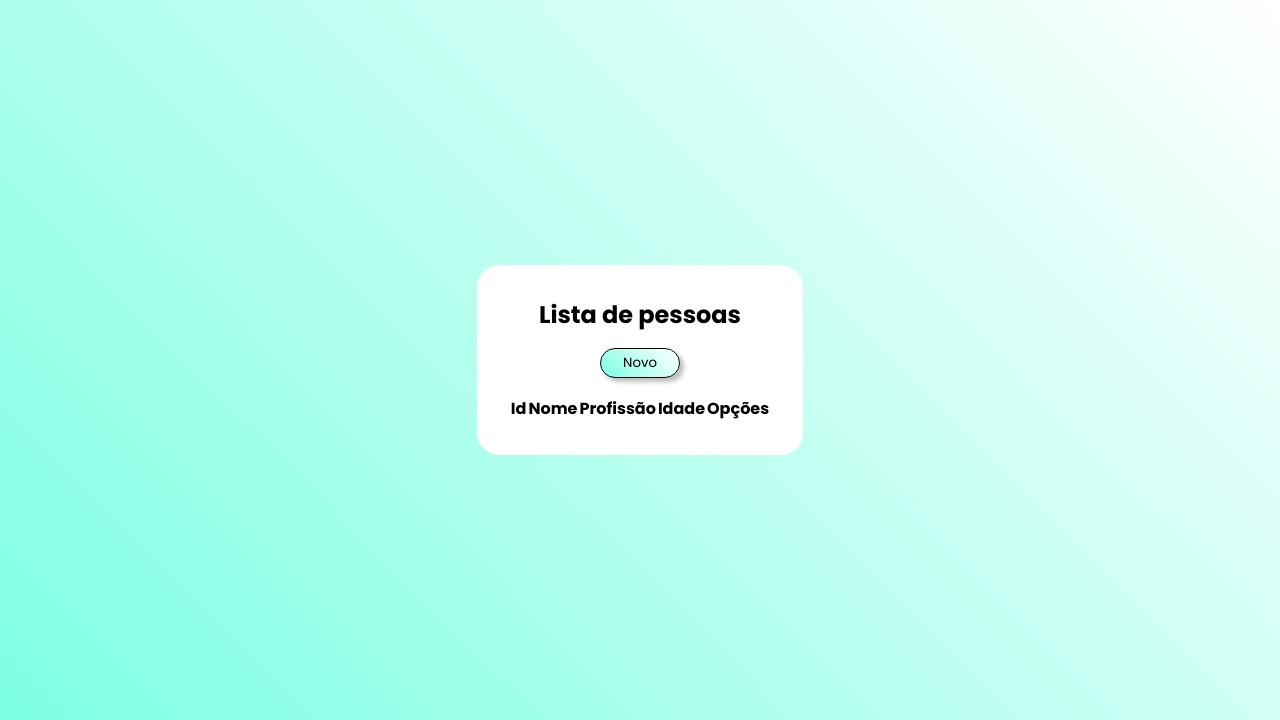
Repository: alef-torres/TesteUnicontrol
Page: http://localhost/desafioUnicontrol/main
These files come from the project's save history. The page is drawn as it stood at one moment and after the next save; the edit follows.
The browser window is 1280 px wide. The pictures show the whole page.
The page is served by Tomcat 9. Other server files are loaded and not shown. Queries for data that is not in the repository find no rows.

Above is the page before, as saved 2024-02-10 23:00:39.

### DesafioUnicontrol/desafioUnicontrol/src/main/webapp/pesquisa.jsp
<%@ page language="java" contentType="text/html; charset=utf-8"
	pageEncoding="utf-8"%>
<%@ page import="model.JavaBeans"%>
<%@ page import="java.util.ArrayList"%>



<%
ArrayList<JavaBeans> lista = (ArrayList<JavaBeans>) request.getAttribute("pessoas");
%>


<!DOCTYPE html>
<html lang="pt-br">

<head>
<meta charset="UTF-8">
<title>Pessoas</title>
<link rel="stylesheet" href="estilo/pesquisa.css">
</head>

<body>
	<section>
		<div>
			<h1>Lista de pessoas</h1>
			<a href="index.html"><button>Novo</button></a>



			<table>
				<thead>
					<tr>
						<th>Id</th>
						<th>Nome</th>
						<th>Profissão</th>
						<th>Idade</th>
						<th>Opções</th>
					</tr>
				</thead>

				<tbody>
					<%
					for (int i = 0; i < lista.size(); i++) {
					%>
					<tr>
						<td><%=lista.get(i).getIdcon()%></td>
						<td><%=lista.get(i).getNome()%></td>
						<td><%=lista.get(i).getProfissao()%></td>
						<td><%=lista.get(i).getIdade()%></td>
						<td><a href="select?idcon=<%=lista.get(i).getIdcon()%>>">Editar</a>
							<a href="javascript: confirmar(<%=lista.get(i).getIdcon()%>)">Excluir</a>
						</td>

					</tr>
					<%
					}
					%>
				</tbody>
			</table>
		</div>
	</section>



	<script src="scripts/confirmador.js"></script>
</body>

</html>

### DesafioUnicontrol/desafioUnicontrol/src/main/java/controler/Controler.java
package controler;

import java.io.IOException;
import java.util.ArrayList;

import javax.servlet.RequestDispatcher;
import javax.servlet.ServletException;
import javax.servlet.annotation.WebServlet;
import javax.servlet.http.HttpServlet;
import javax.servlet.http.HttpServletRequest;
import javax.servlet.http.HttpServletResponse;

import model.DAO;
import model.JavaBeans;

@WebServlet(urlPatterns = { "/Controller", "/main", "/insert", "/select", "/update", "/delete" })
public class Controler extends HttpServlet {
	private static final long serialVersionUID = 1L;
	DAO dao = new DAO();
	JavaBeans pessoa = new JavaBeans();

	public Controler() {
		super();

	}

	protected void doGet(HttpServletRequest request, HttpServletResponse response)
			throws ServletException, IOException {

		String action = request.getServletPath();
		System.out.println(action);
		if (action.equals("/main")) {
			pesquisa(request, response);
		} else if (action.equals("/insert")) {
			novaPessoa(request, response);
		} else if (action.equals("/select")) {
			listarPessoas(request, response);
		} else if (action.equals("/update")) {
			editarPessoa(request, response);
		} else if (action.equals("/delete")) {
			deletarPessoa(request, response);
		} else {
			response.sendRedirect("index.html");
		}

	}

	protected void pesquisa(HttpServletRequest request, HttpServletResponse response)
			throws ServletException, IOException {

		ArrayList<JavaBeans> listaDePessoas = dao.listarPessoas();

		request.setAttribute("pessoas", listaDePessoas);
		RequestDispatcher rd = request.getRequestDispatcher("pesquisa.jsp");
		rd.forward(request, response);
	}

	protected void novaPessoa(HttpServletRequest request, HttpServletResponse response)
			throws ServletException, IOException {

		// enviando para as variaveis JavaBeans

		pessoa.setNome(request.getParameter("name"));
		pessoa.setProfissao(request.getParameter("profissao"));
		pessoa.setIdade(request.getParameter("idade"));

		// invocar o metodo insertPessoa passando o objeto pessoa

		dao.insertPessoas(pessoa);

		// retornando para a pagina index
		response.sendRedirect("index.html");
	}

	protected void listarPessoas(HttpServletRequest request, HttpServletResponse response)
			throws ServletException, IOException {
		String idcon = request.getParameter("idcon");

		pessoa.setIdcon(idcon);

		dao.selecionarPessoa(pessoa);

		request.setAttribute("idcon", pessoa.getIdcon());
		request.setAttribute("nome", pessoa.getNome());
		request.setAttribute("profissao", pessoa.getProfissao());
		request.setAttribute("idade", pessoa.getIdade());

		RequestDispatcher rd = request.getRequestDispatcher("editar.jsp");
		rd.forward(request, response);

	}

	protected void editarPessoa(HttpServletRequest request, HttpServletResponse response)
			throws ServletException, IOException {

		pessoa.setIdcon(request.getParameter("idcon"));
		pessoa.setNome(request.getParameter("nome"));
		pessoa.setProfissao(request.getParameter("profissao"));
		pessoa.setIdade(request.getParameter("idade"));

		dao.alterarContanto(pessoa);

		response.sendRedirect("main");

	}

	protected void deletarPessoa(HttpServletRequest request, HttpServletResponse response)
			throws ServletException, IOException {
		String idcon = request.getParameter("idcon");
		System.out.println(idcon);

		pessoa.setIdcon(idcon);

		dao.deleterPessoas(pessoa);

		response.sendRedirect("main");

	}

}

### DesafioUnicontrol/desafioUnicontrol/src/main/webapp/estilo/pesquisa.css
@charset "UTF-8";

@import url('https://fonts.googleapis.com/css2?family=Poppins:wght@100;300;400;500;600;700&display=swap');

* {
    margin: 0;
    padding: 0;
    font-family: 'Poppins';
    text-decoration: none;
}

body {
    width: 100%;
    height: 100vh;
    background: linear-gradient(45deg, #7DFFE3, #fff);
}

section {
    display: flex;
    height: 100%;
    flex-direction: column;
    justify-content: space-around;
    align-items: center;
}

div {
    display: flex;
    flex-direction: column;
    justify-content: space-around;
    align-items: center;
    gap: 1rem;
    background: white;
    border-radius: 22px;
    padding: 2rem;
}

.principal {
    margin-top: auto;
    height: 100%;
    display: flex;
    flex-direction: row;
    justify-content: space-around;
    align-items: center;
}

.formulario-de-cadastro {
    display: flex;
    flex-direction: column;
    padding: 2rem;
    background: #fff;
    border-radius: 10px;
}

#btn {
    display: flex;
    flex-direction: row;
    align-items: center;
    justify-content: space-around;
    margin-top: 1rem;
}

button {
    width: 80px;
    height: 30px;
    border: solid 1px black;
    border-radius: 22px;
    background: linear-gradient(45deg, #7DFFE3, #fff);
    color: black;
    cursor: pointer;
    box-shadow: 4px 4px 4px rgba(0, 0, 0, 0.25);
}

#btn-enviar {
    background: linear-gradient(-45deg, #7DFFE3, #fff);
}

a {
    color: black;
}

th {
	boder: 1px solid black;
}

### DesafioUnicontrol/desafioUnicontrol/src/main/webapp/scripts/confirmador.js



function confirmar(idcon){
	let resposta = confirm("Comfirma a exclusão desta pessoa?")
	if (resposta === true){
		//alert(idcon)
		window.location.href = 'delete?idcon=' + idcon
	}
}

After the next save:
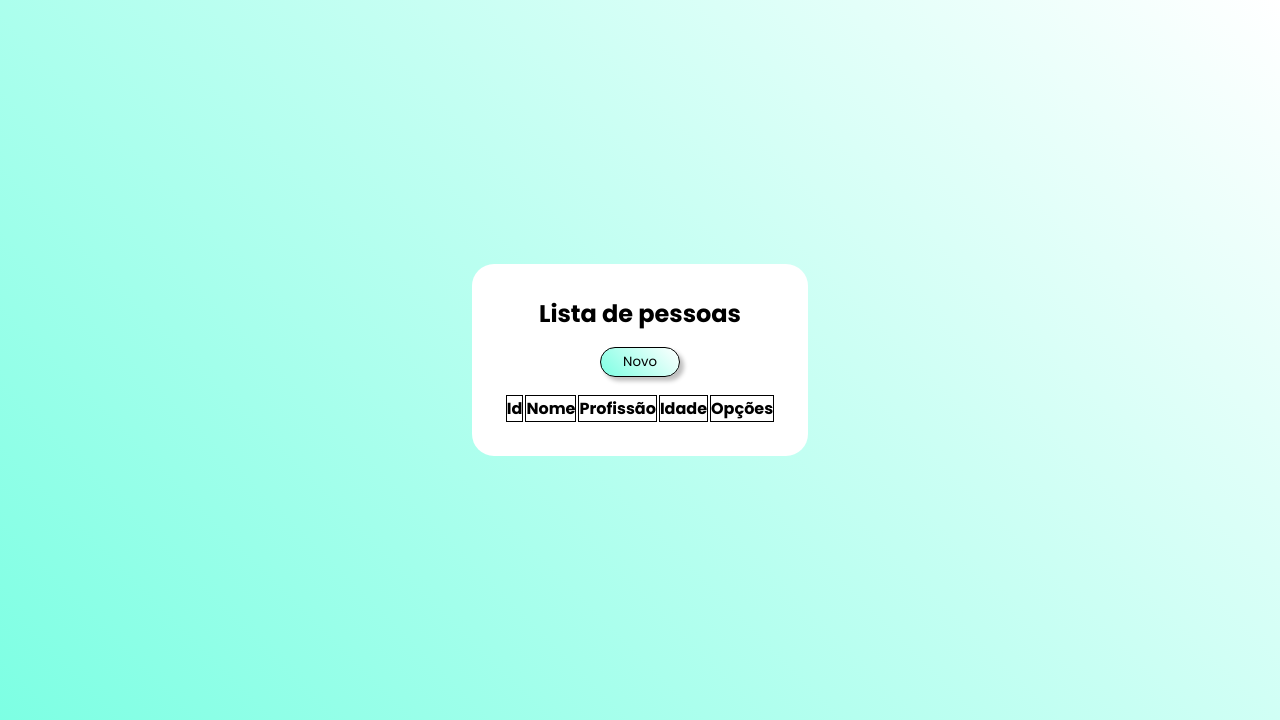
Saved 28 s later.
--- a/DesafioUnicontrol/desafioUnicontrol/src/main/webapp/estilo/pesquisa.css
+++ b/DesafioUnicontrol/desafioUnicontrol/src/main/webapp/estilo/pesquisa.css
@@ -79,5 +79,5 @@ a {
 }
 
 th {
-	boder: 1px solid black;
+	border: 1px solid black;
 }
